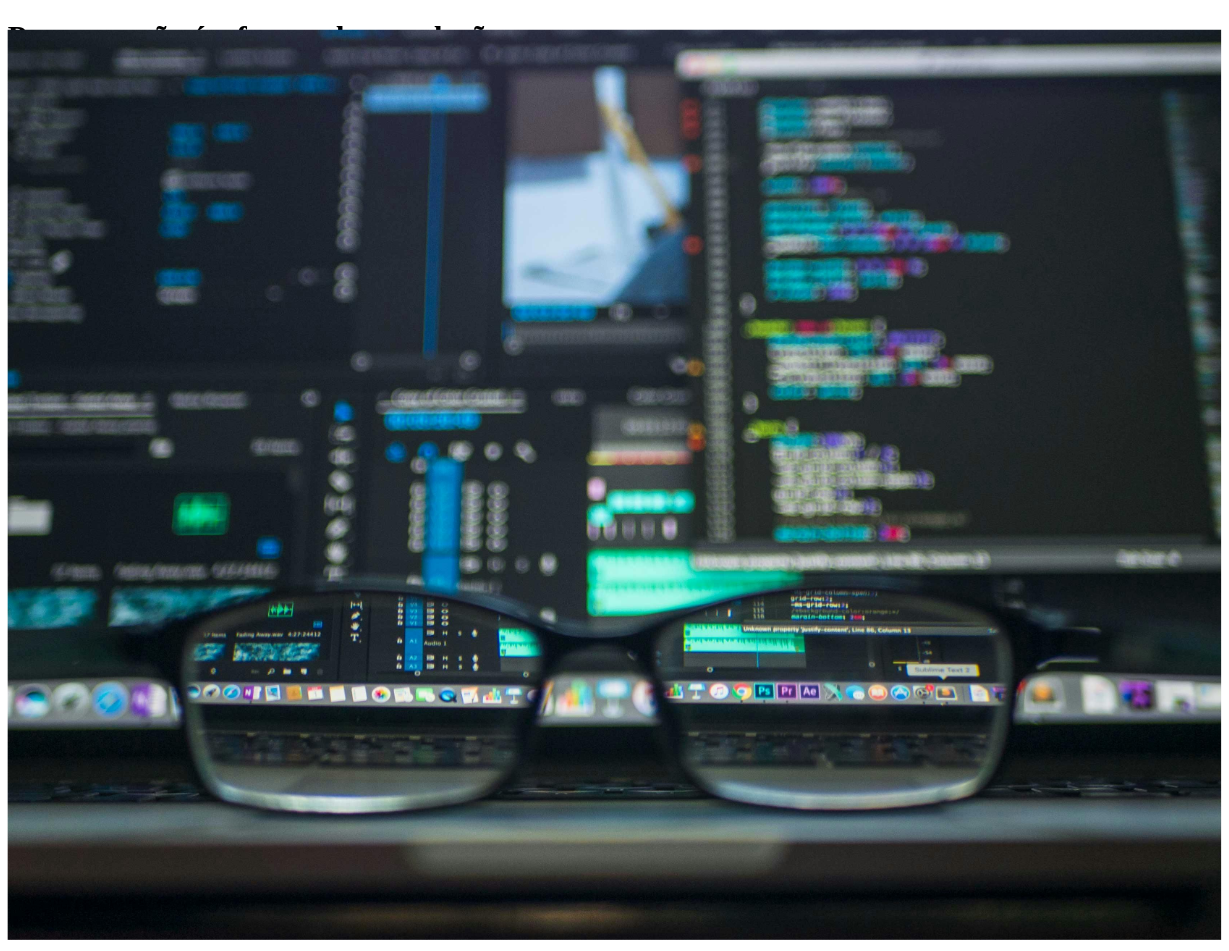
Repository: Caiquedev123/Sites
Page: index.html
An editor plug-in stored every save of this project. The page is shown before and after the next save, followed by the edit.
The browser window is 1280 px wide. The pictures show the whole page, at 96% of full size.

Above is the page before, as saved 2024-07-22 14:09:25.

### index.html
<!DOCTYPE html>
<html lang="en">
<head>
    <meta charset="UTF-8">
    <meta name="viewport" content="width=device-width, initial-scale=1.0">
    <title>Projeto</title>
    <link rel="stylesheet" href="style.css">
</head>
<body>
    <div class="container">
        <h1>Programação é o futuro da população</h1>
        <p>Vem aumentando a cada dia mais</p>
    </div>
    <section class="imagens">
        <img src="./imagem/Progrmação.jpg" alt="programação">
    </section>
</body>
</html>

### style.css
body{background-color: rgb(255, 255, 255);}

.container{
    height: 10px;
}

img{
    width: 100%;
    object-fit: cover;
}

After the next save:
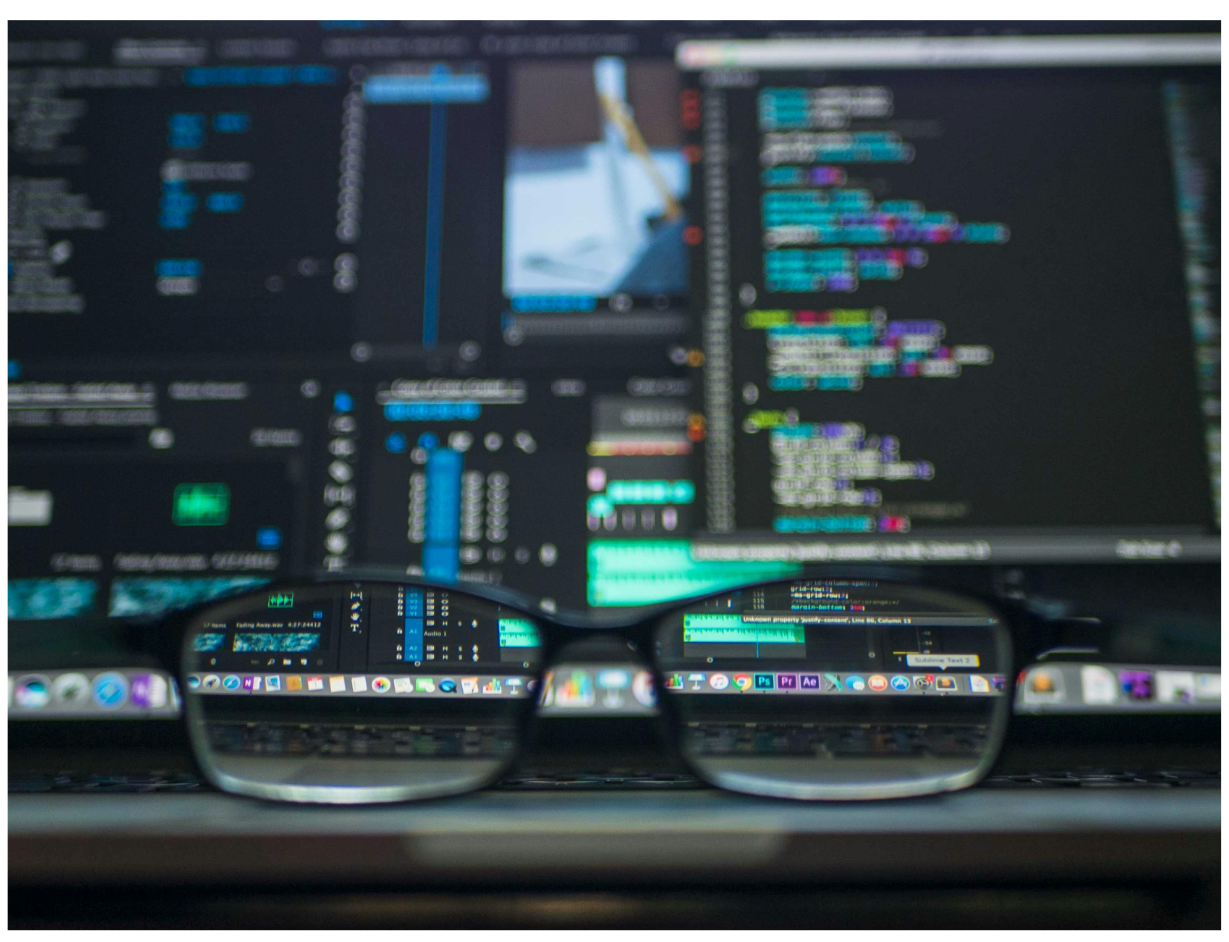
Saved 10 s later.
--- a/style.css
+++ b/style.css
@@ -1,7 +1,7 @@
 body{background-color: rgb(255, 255, 255);}
 
 .container{
-    height: 10px;
+    height: 0px;
 }
 
 img{
